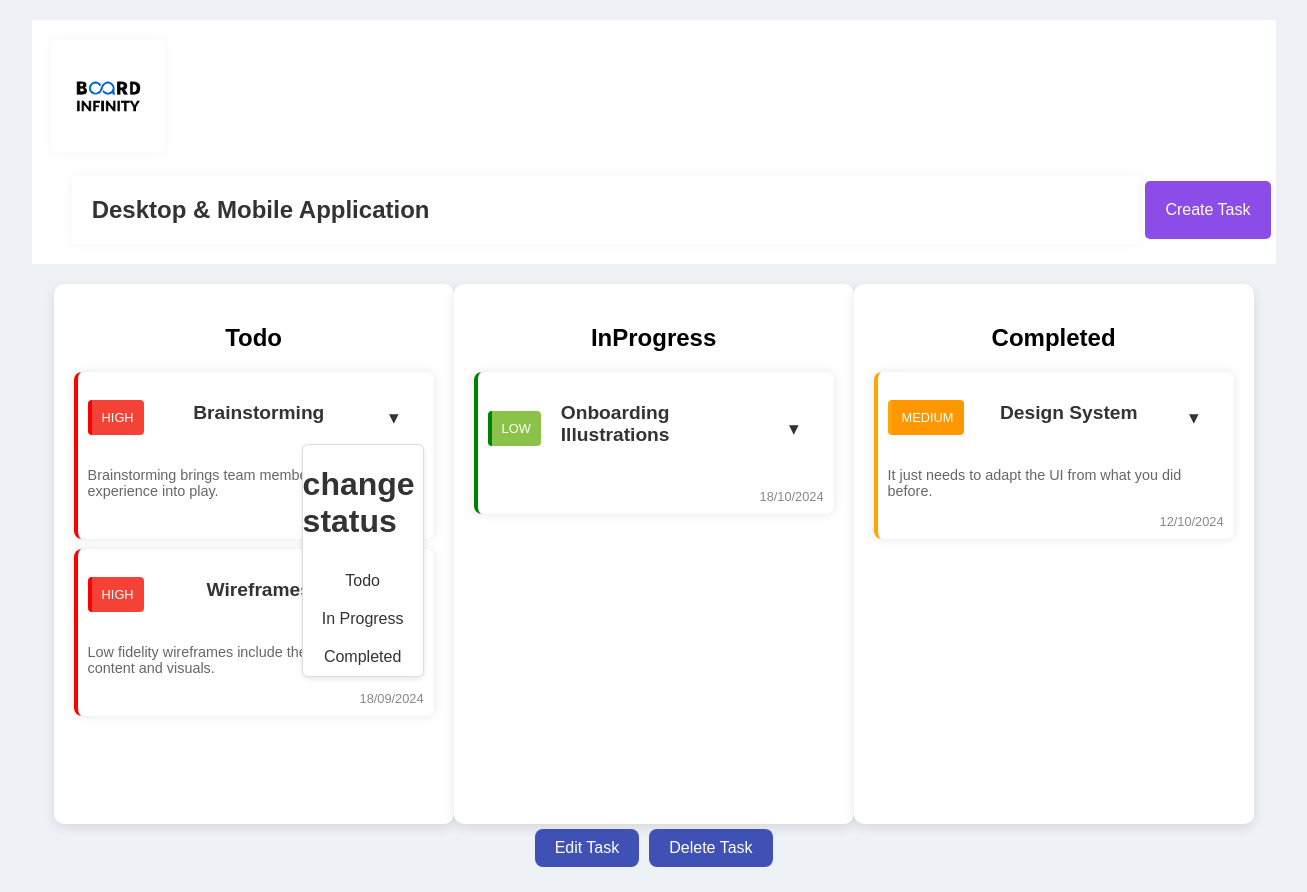
Repository: tanya2468/todo
Page: /, after clicking the first element matching `button.dropdown-toggle`
An editor plug-in stored every save of this project. The page is shown before and after a run of saves, followed by the edit.
The browser window is 1280 px wide. The page is 1307 px wide, so the pictures cover 1307 px, including what lies to the right of the window. The pictures show the whole page.
The project was rebuilt for these pictures with package versions that can differ from the ones it lists, and the page was loaded fresh each time. Also part of the build but not shown: src/TaskModal.css, src/TaskModal.js, src/EditTaskModal.js, src/DeleteTaskModal.js.

Above is the page before, as saved 2024-09-08 17:13:12.

After the next 2 saves:
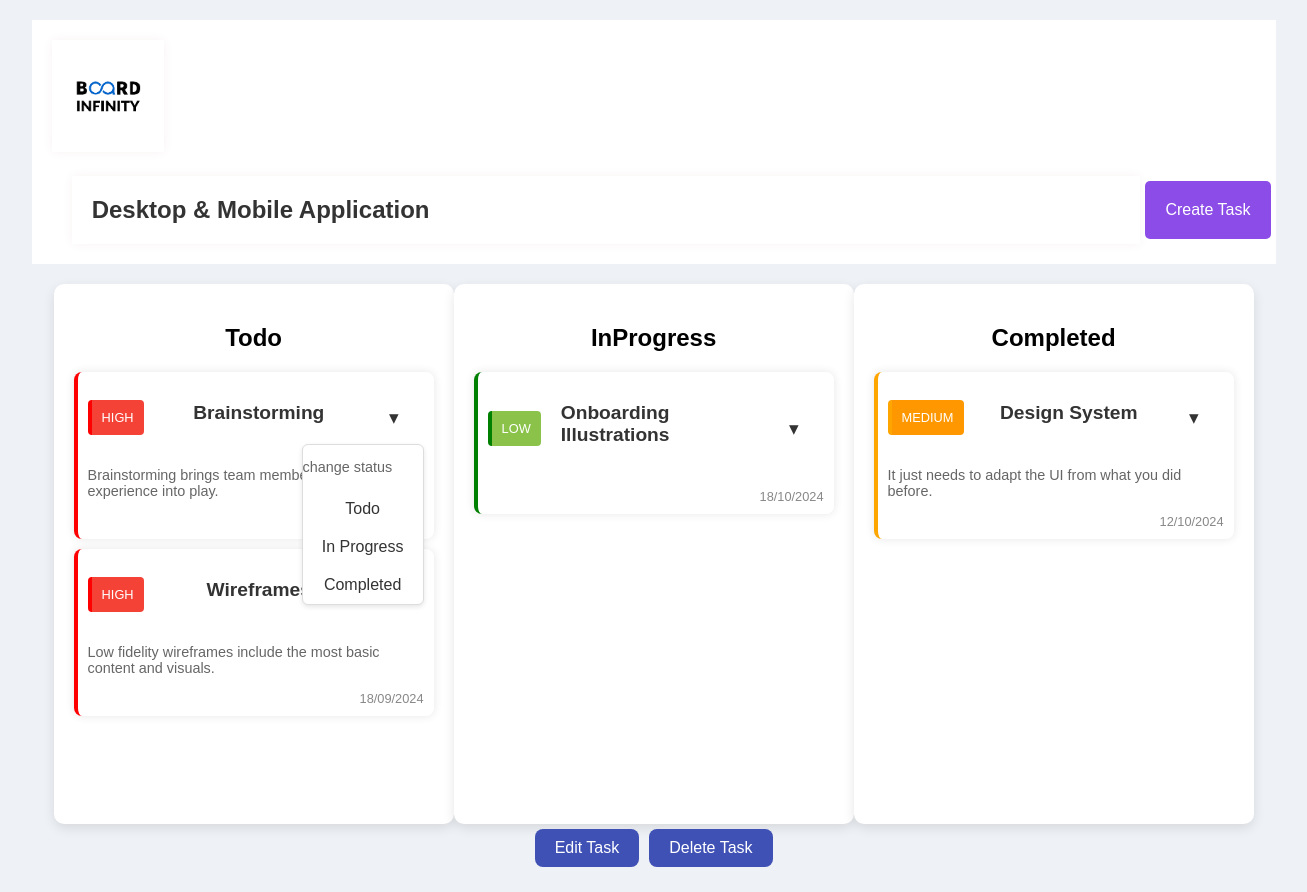
The 2 saves are shown as one change because 1 did not build or start.
The last was saved 16 s later.
--- a/src/TaskCard.js
+++ b/src/TaskCard.js
@@ -32,7 +32,7 @@
           </button>
           {showDropdown && (
             <ul className="dropdown-menu">
-              <h1>change status</h1>
+              <p>change status</p>
               <li onClick={() => handleStatusChange("todo")}>Todo</li>
               <li onClick={() => handleStatusChange("inProgress")}>In Progress</li>
               <li onClick={() => handleStatusChange("completed")}>Completed</li>
